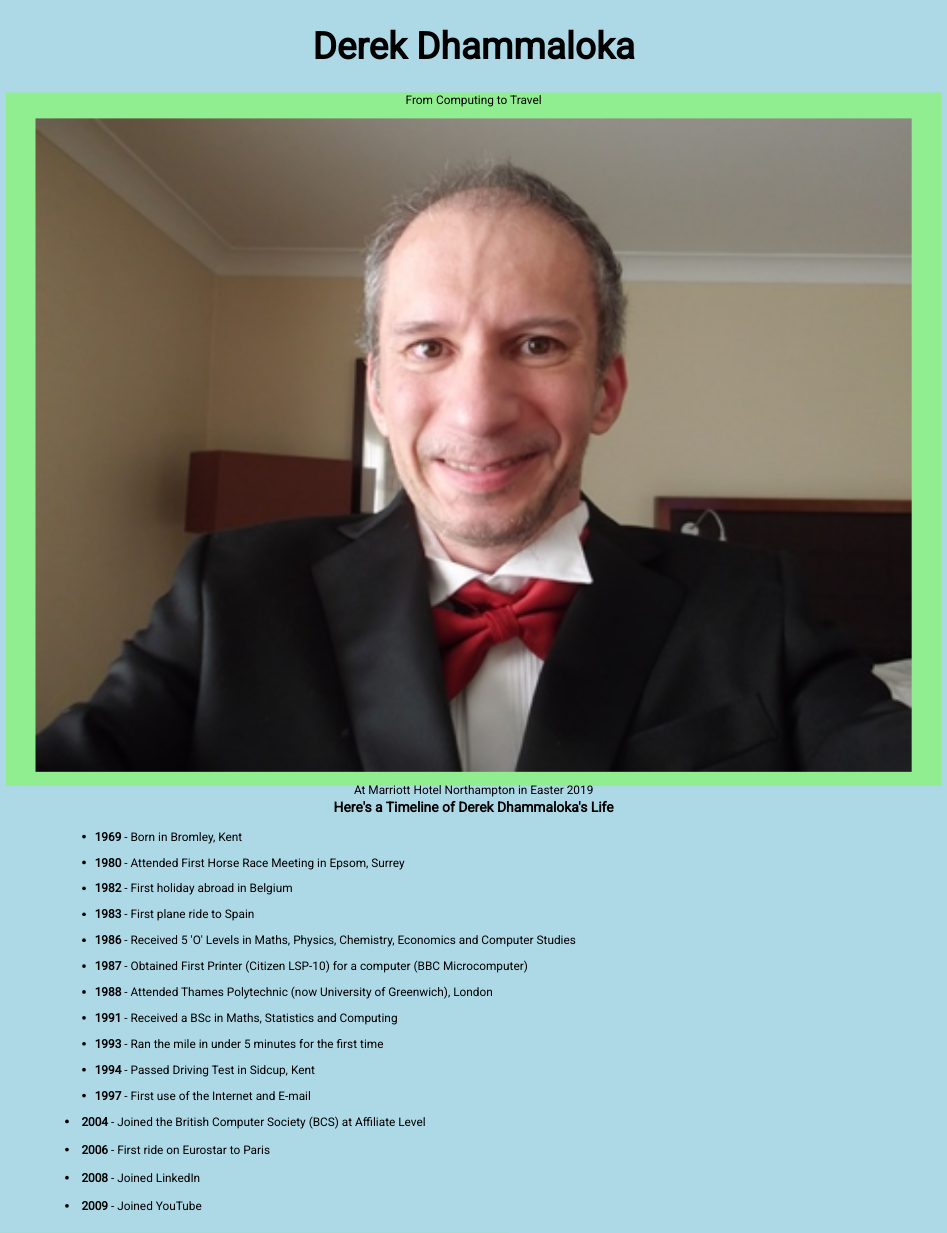
Repository: derektypist/tribute-page
Page: index.html
The author's editor kept a record of every edit. The page is drawn from the files as they stood at one moment, then again after the next edit.
The browser window is 1280 px wide. The pictures show the whole page, at 74% of full size.

Above is the page before.

After the next edit:
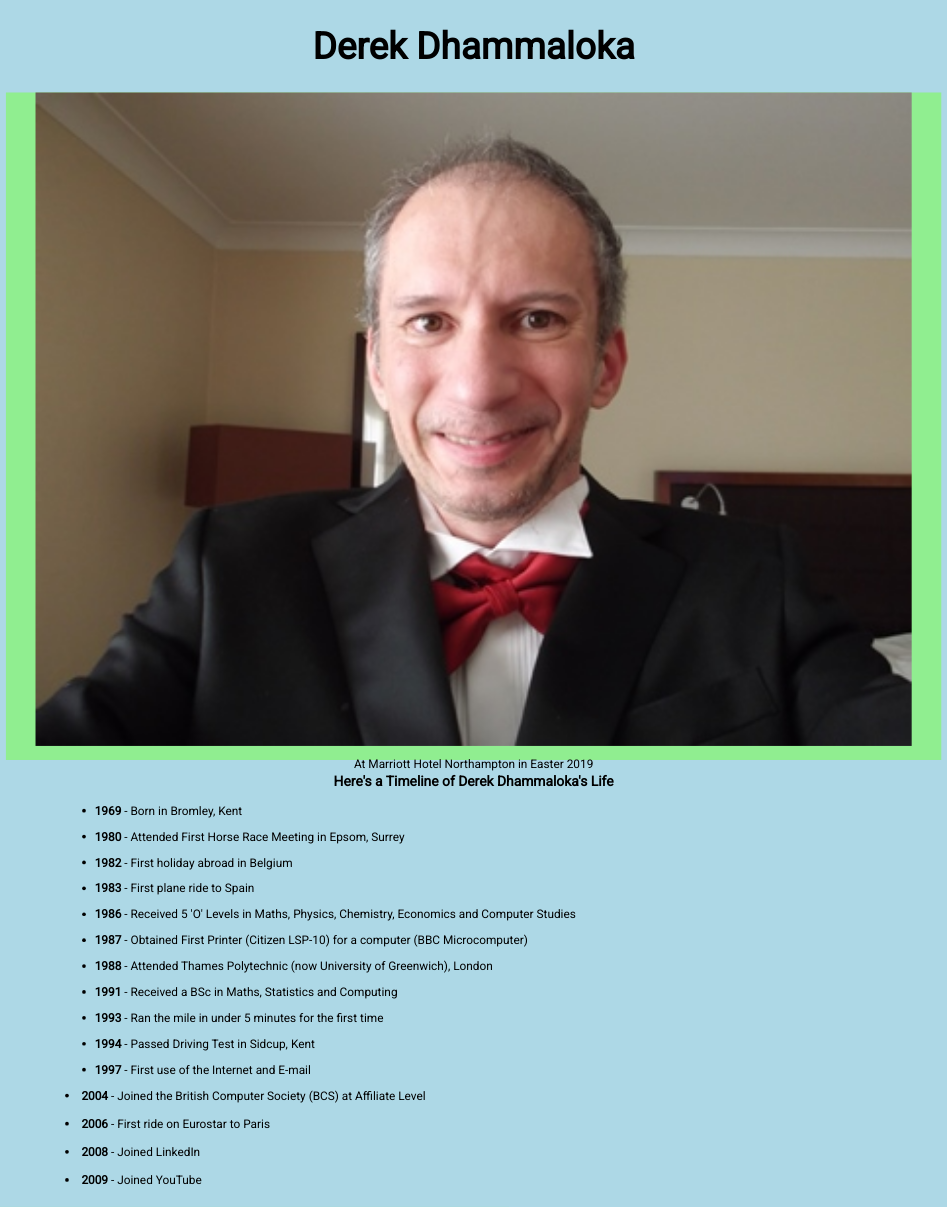
The edit:
--- a/index.html
+++ b/index.html
@@ -67,7 +67,7 @@
 
         <!-- Display Image with its Caption -->
         <div id="img-div">
-            <p>From Computing to Travel</p>
+
             <figure>
                 <img src="derek.JPG" id="image" title="At Marriott Hotel Northampton - Easter 2019" alt="At Marriott Hotel Northampton - Easter 2019">
                 <figcaption id="img-caption">At Marriott Hotel Northampton in Easter 2019</figcaption>
